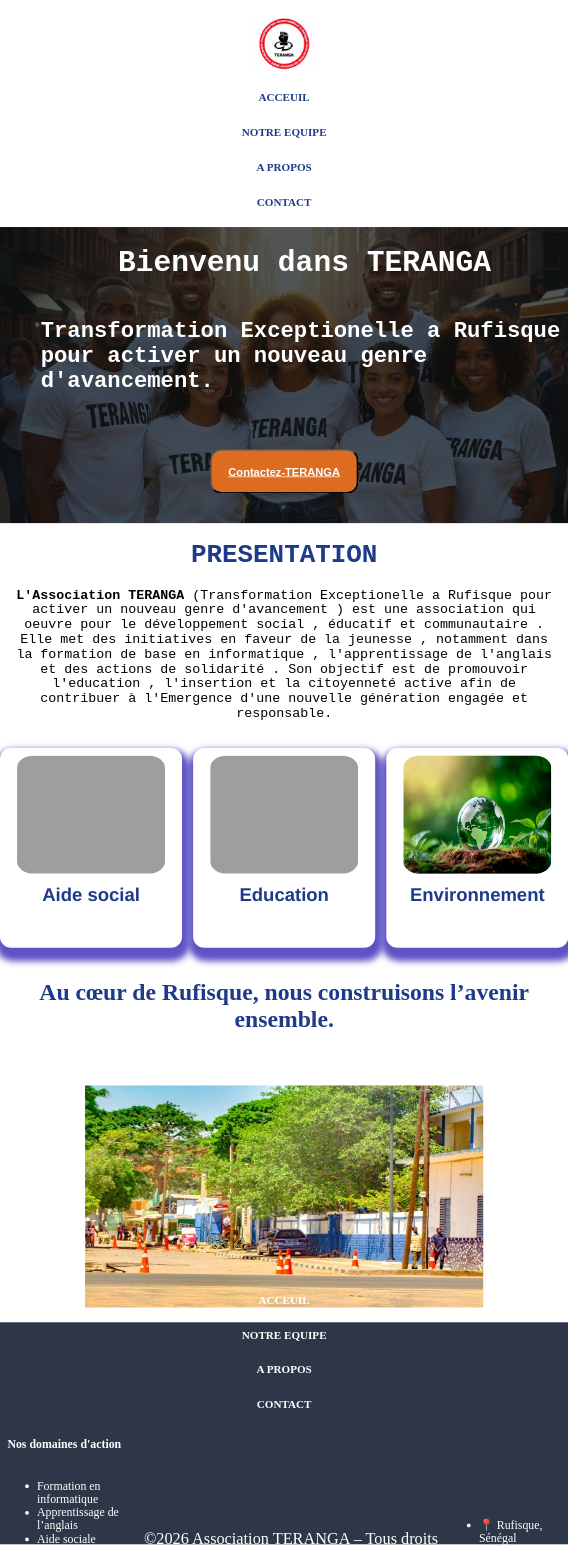
Repository: assanendao171/projet-teranga
Page: acceuil.html
These files come from the project's save history. The page is drawn as it stood at one moment and after a run of saves; the edit follows.
The browser window is 768 px wide. The pictures show the whole page, at 74% of full size.
Pictures or frames that could not be fetched are drawn as grey boxes. An inner scrolling area shows only its first screen.

Above is the page before, as saved 2026-02-13 12:51:53.

After the next 4 saves:
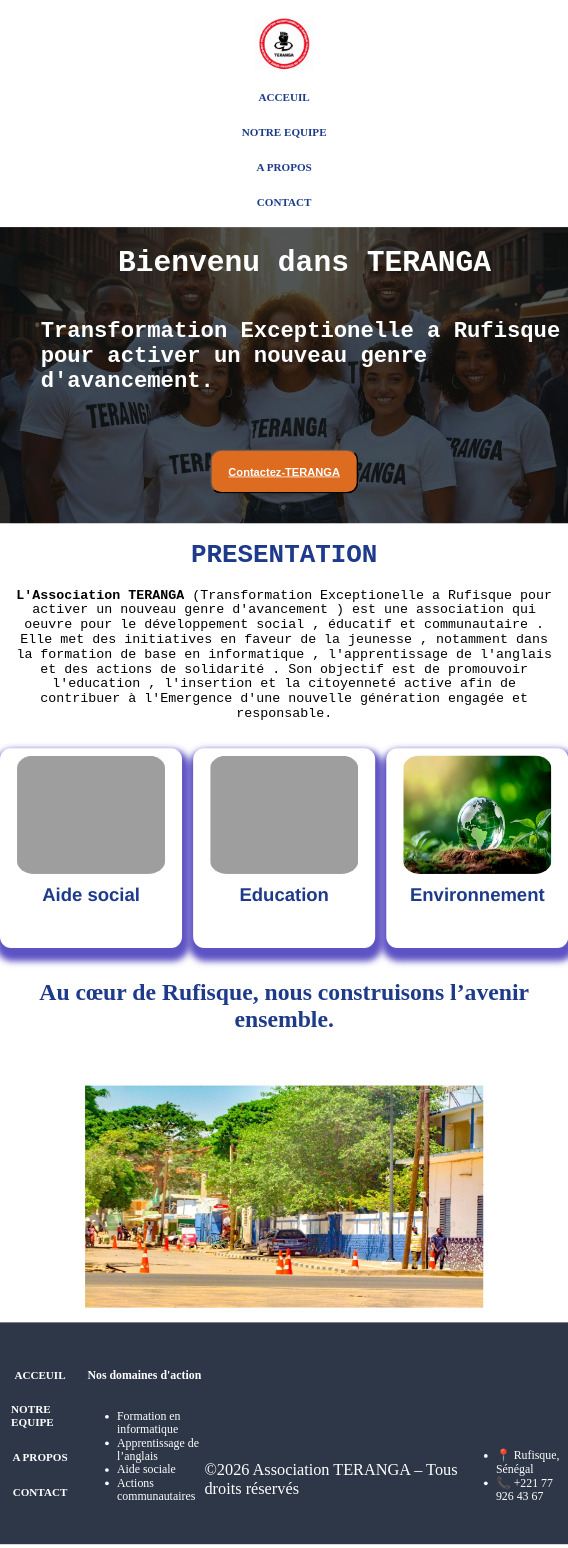
The 4 saves are shown as one change because they came seconds apart.
The last was saved 14 s later.
--- a/acceuil.css
+++ b/acceuil.css
@@ -275,5 +275,8 @@ footer {
     display: flex;
     flex-direction: column;
 }
-.
-}
+.bloc-footer{
+    display: flex;
+    fle
+}
+}

After the save that followed:
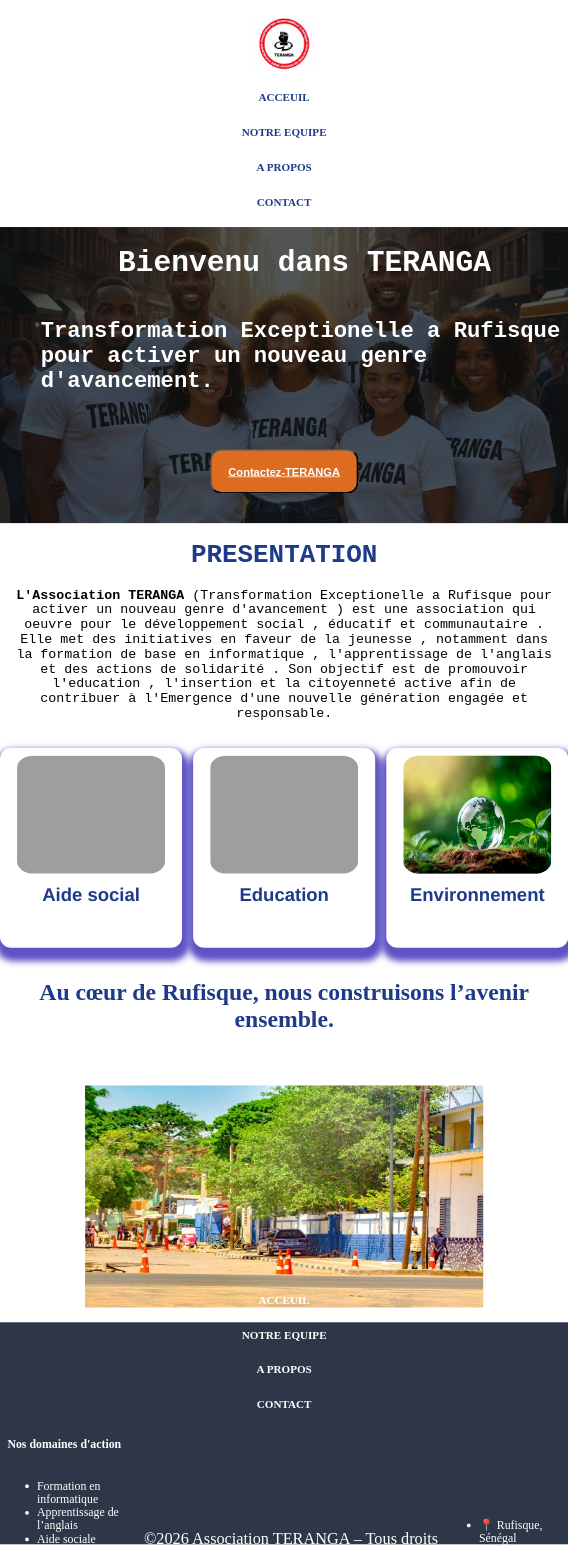
Saved 5 s later.
--- a/acceuil.css
+++ b/acceuil.css
@@ -277,6 +277,6 @@ footer {
 }
 .bloc-footer{
     display: flex;
-    fle
-}
-}
+    flex-direction: column;
+}
+}
